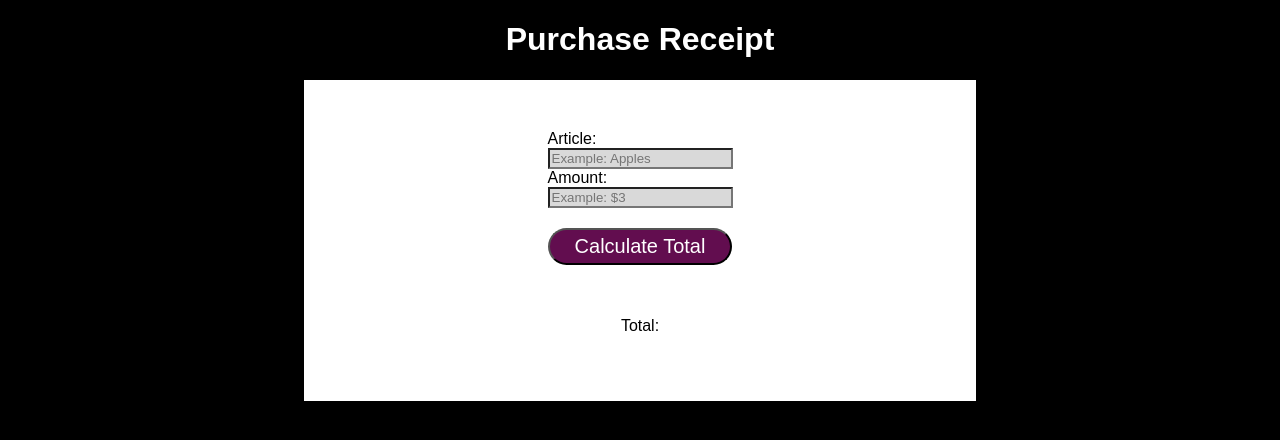
Repository: cokoduwa/js-study-group
Page: exercises/01/index.html
An editor plug-in stored every save of this project. The page is shown before and after the next save, followed by the edit.
The browser window is 1280 px wide. The pictures show the whole page.

Above is the page before, as saved 2023-02-14 21:44:15.

### exercises/01/index.html
<!DOCTYPE html>
<html lang="en">
<head>
    <meta charset="UTF-8">
    <meta http-equiv="X-UA-Compatible" content="IE=edge">
    <meta name="viewport" content="width=device-width, initial-scale=1.0">
    <link rel="stylesheet" href="index.css">

    <title>Coding Warmer - E1 </title>
</head>
<body>


        <h1>Purchase Receipt</h1>


        <section>
            <div>
             <div>
                 <ion-label>Article:</ion-label>
             </div>
               <div>
                  <input placeholder="Example: Apples" id="description"/>
               </div>
            </div>

            <div>
                <div>
                    <ion-label>Amount:</ion-label>
                </div>
                <div>
                    <input placeholder="Example: $3" id="amount"></input>
                </div>
            </div>

            <div>
                <div>
                    <button>Calculate Total</button>
                </div>
            </div>

            <div>
                <div>
                    <ul id="ticket">
                        <!--List of ticket articles here-->
                    </ul>
                </div>
            </div>
            <p id="total">
                Total: <!--Total here-->
            </p>
        </section>

</body>
<script src="index.js"></script>
</html>

### exercises/01/index.css
body {
    font-family: Arial, Helvetica, sans-serif;
    background-color: black;
}

section {
    margin: 0 auto;
    background-color: white;
    padding: 50px 20px;
    width: 50%;
    display: flex;
    align-items: center;
    flex-direction: column;
}

h1 {
    text-align: center;
    color: white;
}

input {
    background-color: #D9D9D9;
}

button {
    background-color: #620D4F;
    margin: 20px 0;
    color: white;
    border-radius: 20px;
    font-size: 20px;
    padding: 5px 25px
}

Loaded but not shown: exercises/01/index.js (no stored copy; drawn as an empty file)

After the next save:
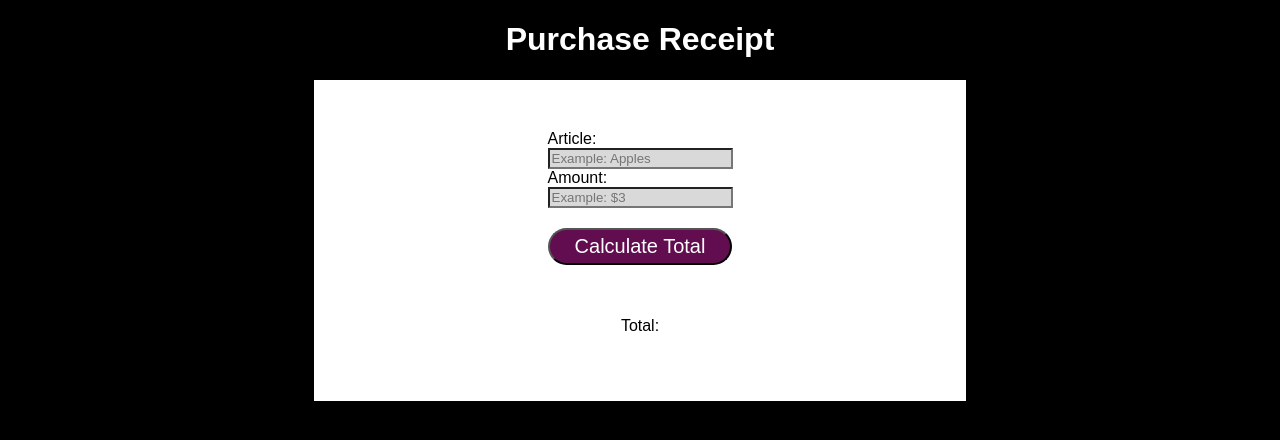
Saved 6 s later.
--- a/exercises/01/index.css
+++ b/exercises/01/index.css
@@ -6,7 +6,7 @@ body {
 section {
     margin: 0 auto;
     background-color: white;
-    padding: 50px 20px;
+    padding: 50px 10px;
     width: 50%;
     display: flex;
     align-items: center;
